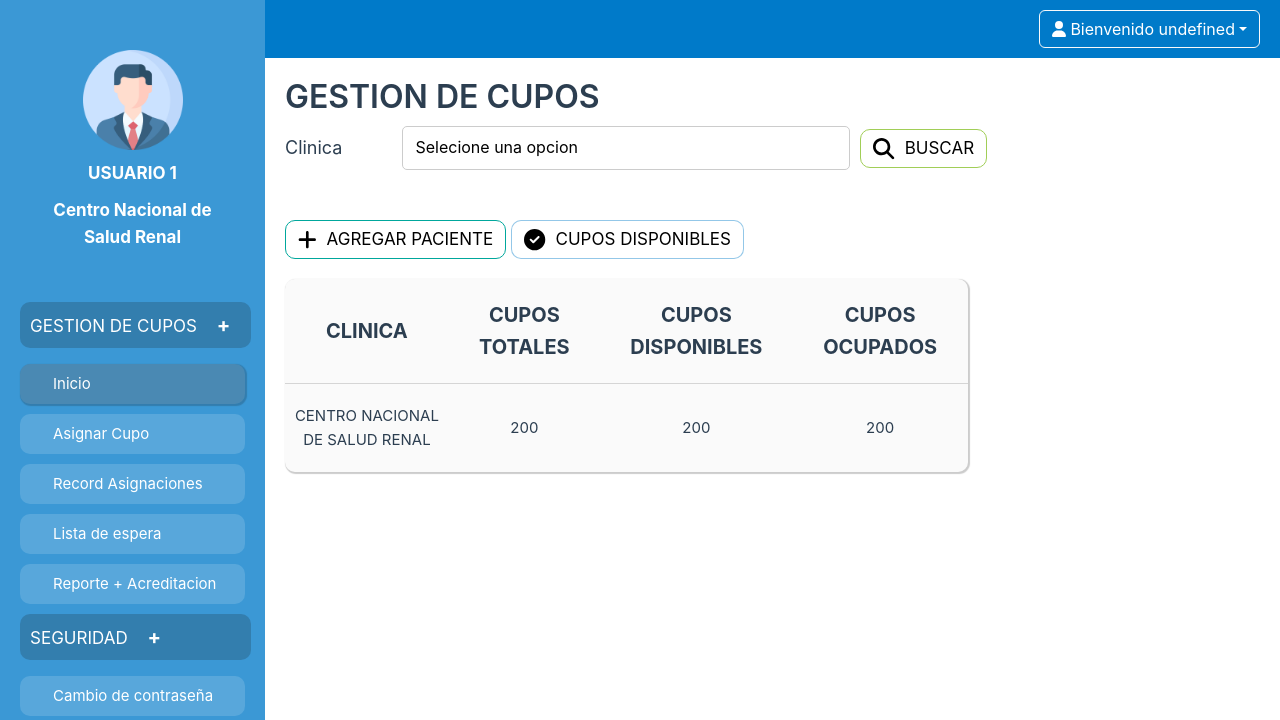
Repository: cynthiacevallos/organizadorhisar
Page: /
These files come from the project's save history. The page is drawn as it stood at one moment and after the next save; the edit follows.
The browser window is 1280 px wide. The pictures show the whole page.
The page's requests for data from a server got no answer. Some web libraries are served in a nearby version. The project was rebuilt for these pictures with package versions that can differ from the ones it lists, and the page was loaded fresh each time. No one was signed in, and anything a server would have sent is missing. Also part of the build but not shown: vite.config.js, vue.config.js.

Above is the page before, as saved 2023-09-06 15:34:43.

After the next save:
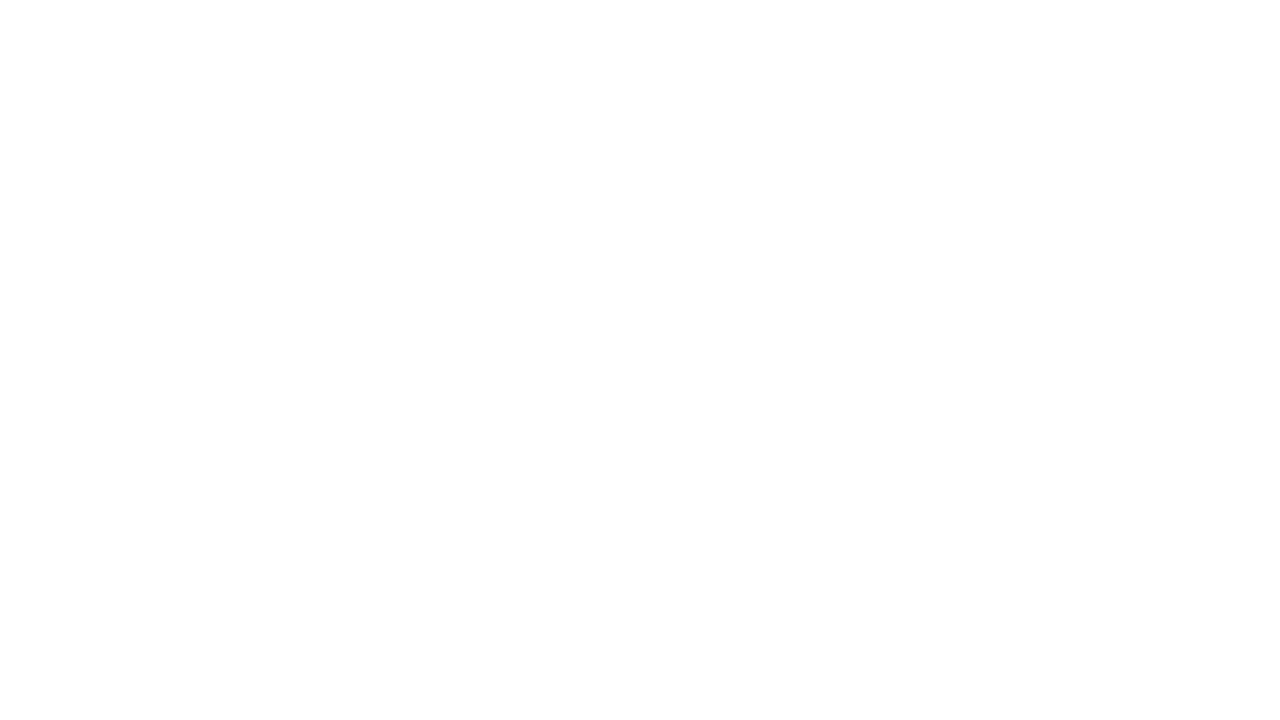
Saved 4 s later.
--- a/src/App.vue
+++ b/src/App.vue
@@ -2,8 +2,6 @@
    <!-- <SidenH :lista="arreglo" usuario="USUARIO 1" centro="Centro Nacional de Salud Renal" />-->
    <!-- <Tabla :header="headers" :data="datos"/>-->
     <!--<Input ancho="50vw" />
-    <Input ancho="50vw"/>
-    <Input ancho="500px" />-->
   <RouterView />
 
     <!--<Button title="BUSCAR" imagen="search.png" bgColor="#A1CE57" />

After the save that followed:
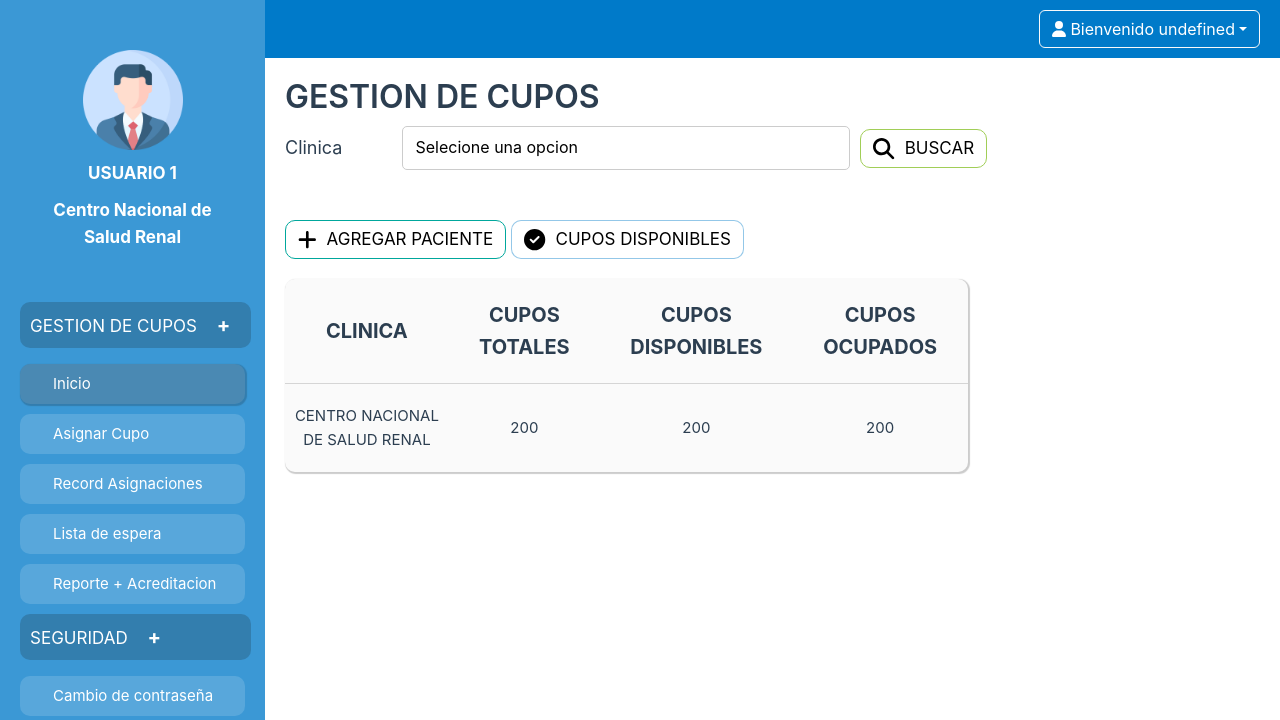
Saved 4 s later.
--- a/src/App.vue
+++ b/src/App.vue
@@ -1,7 +1,7 @@
 <template>
    <!-- <SidenH :lista="arreglo" usuario="USUARIO 1" centro="Centro Nacional de Salud Renal" />-->
    <!-- <Tabla :header="headers" :data="datos"/>-->
-    <!--<Input ancho="50vw" />
+    <!--<Input ancho="50vw" />*-->
   <RouterView />
 
     <!--<Button title="BUSCAR" imagen="search.png" bgColor="#A1CE57" />
